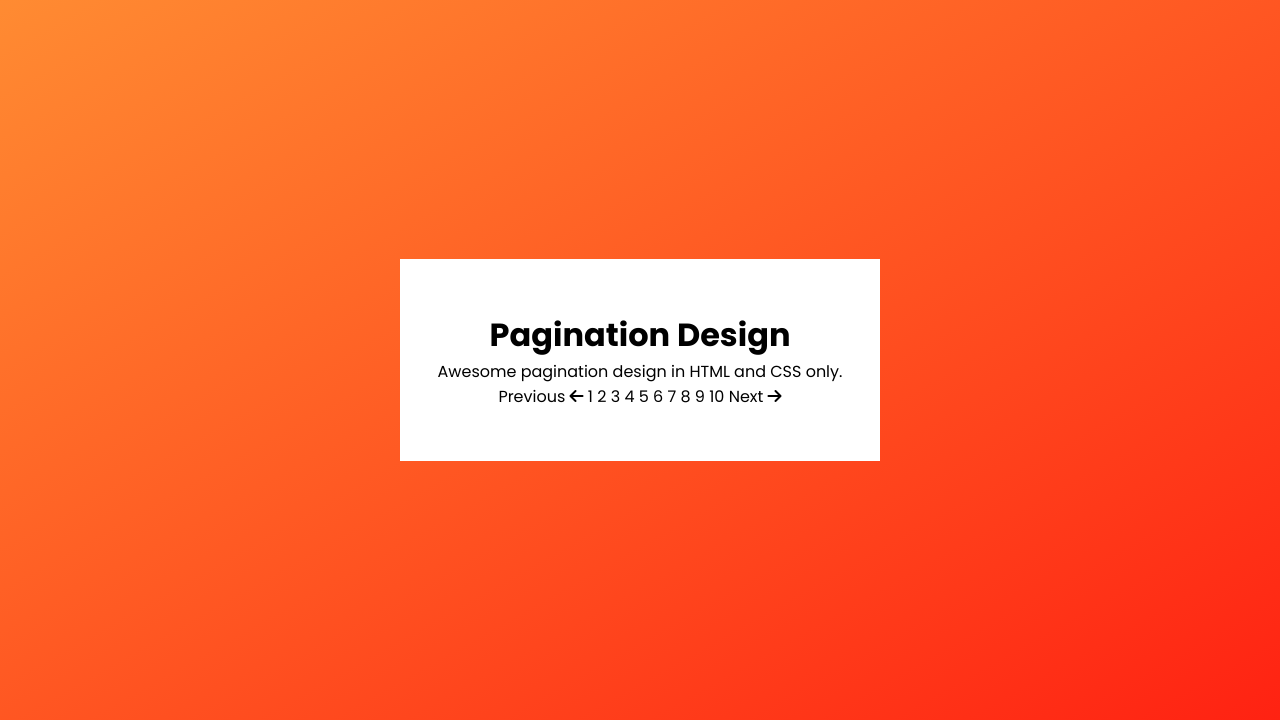
Repository: Ankitkr2021/Awesome-Pagination
Page: index.html
These files come from the project's save history. The page is drawn as it stood at one moment and after the next save; the edit follows.
The browser window is 1280 px wide. The pictures show the whole page.

Above is the page before, as saved 2025-10-02 08:57:54.

After the next save:
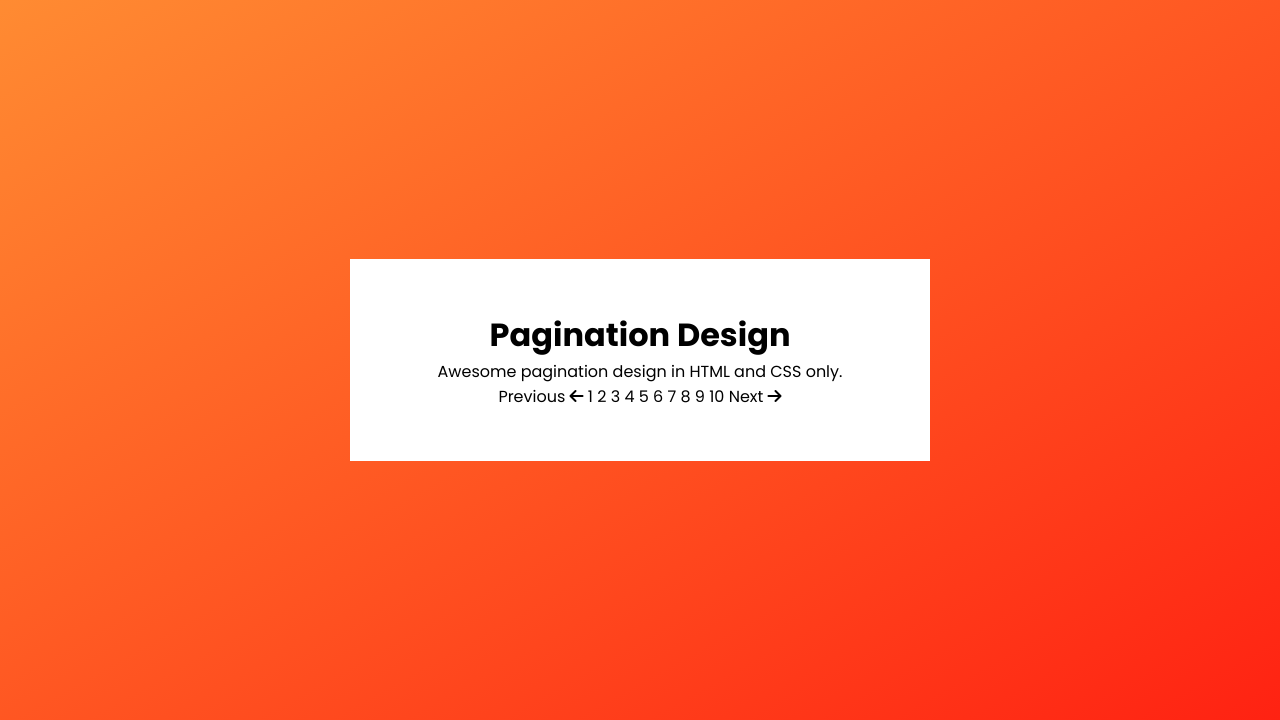
Saved 6 s later.
--- a/style.css
+++ b/style.css
@@ -22,6 +22,6 @@ body{
    align-items: center;
    flex-direction: column;
    background: #fff;
-   width: 480px;
+   width: 580px;
    height: 202px;
 }
